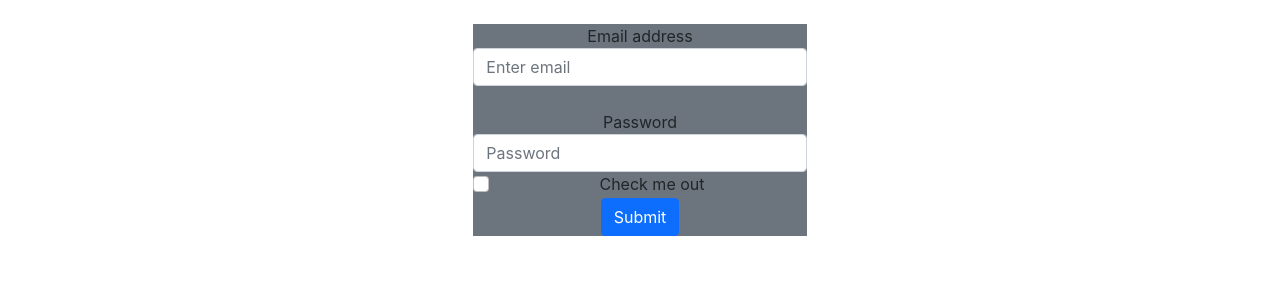
Repository: Osomhe1/bitmama2
Page: /
These files come from the project's save history. The page is drawn as it stood at one moment and after the next save; the edit follows.
The browser window is 1280 px wide. The pictures show the whole page.
The project was rebuilt for these pictures with package versions that can differ from the ones it lists, and the page was loaded fresh each time.

Above is the page before, as saved 2022-05-08 20:20:55.

### src/App.js
import './App.css';
import Login from './component/Login';

function App() {
  return (
    <div className="App">

      <Login />

    </div>
  );
}

export default App;

### src/App.css
.App {
  text-align: center;
  max-width: 1000px;
  margin: auto;
}

### src/component/Login.js
import React from 'react'

export default function Login() {
  return (
    <div>
      <form  className='col-sm-12 col-md-6 col-lg-4 m-auto mt-4 bg-secondary'>
        <div className='form-group'>
          <label for='exampleInputEmail1'>Email address</label>
          <input
            type='email'
            className='form-control'
            id='exampleInputEmail1'
            aria-describedby='emailHelp'
            placeholder='Enter email'
          />
          <small id='emailHelp' className='form-text text-muted'>
            We'll never share your email with anyone else.
          </small>
        </div>
        <div className='form-group'>
          <label for='exampleInputPassword1'>Password</label>
          <input
            type='password'
            className='form-control'
            id='exampleInputPassword1'
            placeholder='Password'
          />
        </div>
        <div className='form-check'>
          <input
            type='checkbox'
            className='form-check-input'
            id='exampleCheck1'
          />
          <label className='form-check-label' for='exampleCheck1'>
            Check me out
          </label>
        </div>
        <button type='submit' className='btn btn-primary'>
          Submit
        </button>
      </form>
    </div>
  )
}

Loaded but not shown: public/index.html (common file); src/index.js (common file); src/index.css (common file); src/reportWebVitals.js (common file)

After the next save:
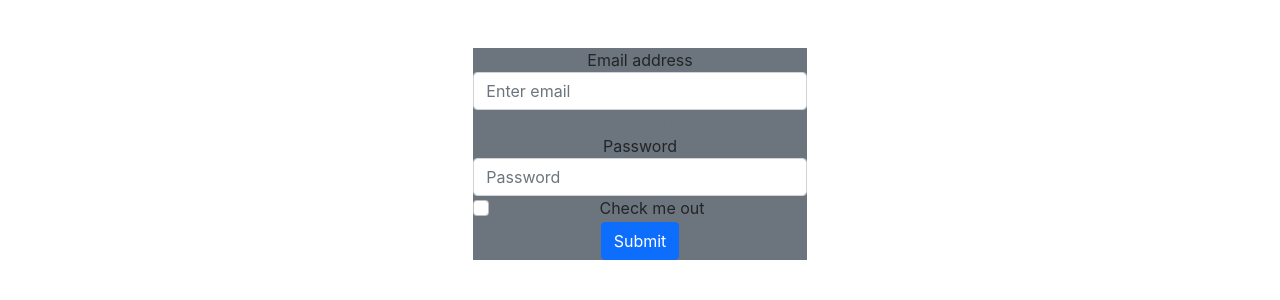
Saved 7 s later.
--- a/src/component/Login.js
+++ b/src/component/Login.js
@@ -3,7 +3,7 @@ import React from 'react'
 export default function Login() {
   return (
     <div>
-      <form  className='col-sm-12 col-md-6 col-lg-4 m-auto mt-4 bg-secondary'>
+      <form  className='col-sm-12 col-md-6 col-lg-4 m-auto mt-5 bg-secondary'>
         <div className='form-group'>
           <label for='exampleInputEmail1'>Email address</label>
           <input
